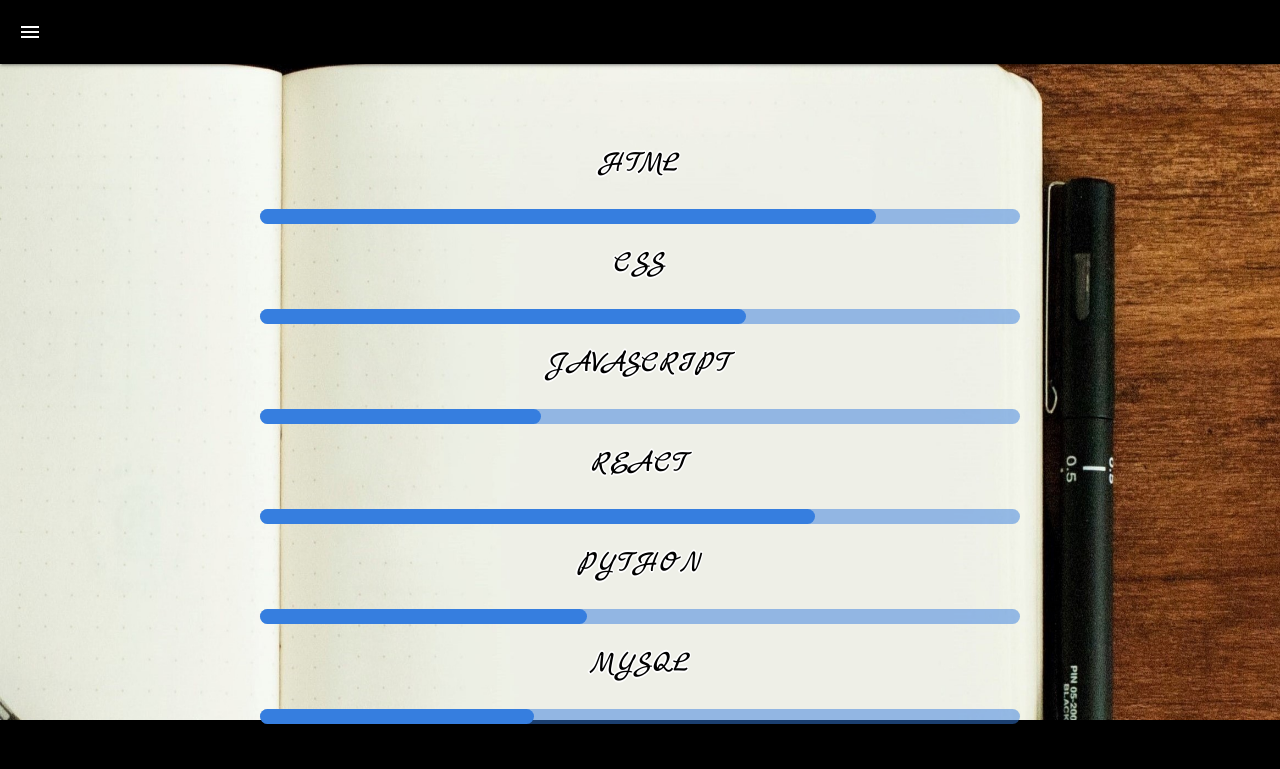
Repository: Ajtheult/portfolio.v3
Page: /skills
An editor plug-in stored every save of this project. The page is shown before and after the next save, followed by the edit.
The browser window is 1280 px wide. The pictures show the whole page.
Some web fonts or font styles are not loaded; a fallback is used. The project was rebuilt for these pictures with package versions that can differ from the ones it lists, and the page was loaded fresh each time. Also part of the build but not shown: src/components/layout/pages/Home.js, src/components/layout/pages/MyWork.js, src/components/layout/pages/Testimonials.js.

Above is the page before, as saved 2020-07-19 22:03:22.

### public/index.html
<!DOCTYPE html>
<html lang="en">
  <head>
    <meta charset="utf-8" />
    <link rel="icon" href="%PUBLIC_URL%/favicon.ico" />
    <meta name="viewport" content="width=device-width, initial-scale=1" />
    <meta name="theme-color" content="#000000" />
    <meta
      name="description"
      content="Web site created using create-react-app"
    />

    <link rel="manifest" href="%PUBLIC_URL%/manifest.json" />
    <link
      href="https://fonts.googleapis.com/css2?family=Marck+Script&display=swap"
      rel="stylesheet"
    />
    <link
      href="https://fonts.googleapis.com/css2?family=Gruppo&display=swap"
      rel="stylesheet"
    />
    <link rel="manifest" href="%PUBLIC_URL%/manifest.json" />

    <link
      rel="stylesheet"
      href="https://fonts.googleapis.com/icon?family=Material+Icons"
    />

    <link
      rel="stylesheet"
      href="https://use.fontawesome.com/releases/v5.7.2/css/all.css"
      integrity="sha384-fnmOCqbTlWIlj8LyTjo7mOUStjsKC4pOpQbqyi7RrhN7udi9RwhKkMHpvLbHG9Sr"
      crossorigin="anonymous"
    />
    <title>Asaph Franks portfolio</title>
  </head>
  <body>
    <noscript>You need to enable JavaScript to run this app.</noscript>
    <div id="root"></div>
  </body>
</html>

### src/index.js
import React from "react";
import ReactDOM from "react-dom";
import App from "./App";
import "materialize-css/dist/css/materialize.min.css";

ReactDOM.render(
  <React.StrictMode>
    <App />
  </React.StrictMode>,
  document.getElementById("root")
);

### src/App.js
import React from "react";

import { Home } from "./components/layout/pages/Home";
import { Skills } from "./components/layout/pages/Skills";
import { MyWork } from "./components/layout/pages/MyWork";
import { Testimonials } from "./components/layout/pages/Testimonials";
import Navbar from "./components/layout/navbar/Navbar";

import { BrowserRouter as Router, Route, Switch } from "react-router-dom";
import "./App.css";

function App() {
  return (
    <Router>
      <div className="App">
        <Navbar />

        <Switch>
          <Route exact path="/portfolio-v3" component={Home} />
          <Route path="/skills" component={Skills} />
          <Route path="/mywork" component={MyWork} />
          <Route path="/testimonials" component={Testimonials} />
        </Switch>
      </div>
    </Router>
  );
}

export default App;

### src/components/layout/pages/Skills.js
import React from "react";
import "../../../App.css";
import background4 from "../resources/background4.jpg";

export const Skills = () => {
  return (
    <div>
      <div className="bg-color">
        <img src={background4} className="bg" alt="bg" />
      </div>
      <div class="container_properties">
        <ul>
          <li className="html skills_li skills_text">HTML</li>
          <li className="css skills_li skills_text">CSS</li>
          <li className="js skills_li skills_text">JavaScript</li>
          <li className="react skills_li skills_text">React</li>
          <li className="py skills_li skills_text">Python</li>
          <li className="sql skills_li skills_text">mySQL</li>
        </ul>
      </div>
    </div>
  );
};

### src/components/layout/navbar/Navbar.js
/* eslint-disable no-unused-vars */
import React, { Component } from "react";
import M from "materialize-css/dist/js/materialize.min.js";
import me from "./me.jpg";
import music from "./music.jpg";
import "../../../App.css";
import { Link } from "react-router-dom";

export class Navbar extends Component {
  componentDidMount() {
    document.addEventListener("DOMContentLoaded", function () {
      var elems = document.querySelectorAll(".sidenav");
      var instances = M.Sidenav.init(elems, {});
    });
  }

  render() {
    return (
      <div>
        <nav>
          <div className="nav-wrapper colour">
            <a
              href="#home"
              data-target="slide-out"
              className="sidenav-trigger show-on-large"
            >
              <i className="material-icons">menu</i>
            </a>
          </div>
        </nav>

        <ul id="slide-out" className="sidenav">
          <li>
            <div className="user-view">
              <div className="background">
                <img className="background_img" src={music} alt="img" />
              </div>

              <img className="circle" src={me} alt="img of me" />

              <span className="black-text name move_me">Asaph Franks</span>

              <span className="black-text email  move_me">
                Asaphfranksboi@gmail.com
              </span>
            </div>
            {/* Change font so that the name can be better read */}
          </li>
          <Link to="/portfolio-v3">
            <br />
            <li className="colour_of_nav">Home</li>
          </Link>{" "}
          <br />
          <Link to="/skills">
            <li className="colour_of_nav">Skills</li>
          </Link>
          <br />
          <Link to="/mywork">
            <li className="colour_of_nav">Work</li>
          </Link>
          <br />
          <Link to="/testimonials">
            <li className="colour_of_nav">Testimonials</li>
          </Link>
        </ul>
      </div>
    );
  }
}

export default Navbar;

### src/App.css
.App {
  text-align: center;
}

body {
  background-color: black;
  color: white;
}
.background_img {
  width: 100%;
  height: 100%;
}

.move_me {
  text-align: left;
}

.colour {
  background-color: black;
}

img.bg {
  /* Set rules to fill background */
  min-height: 100%;
  min-width: 1024px;

  /* Set up proportionate scaling */
  width: 100%;
  height: auto;

  /* Set up positioning */
  position: fixed;
  top: 0;
  left: 0;
  z-index: -1;
}

div.admin-bg {
  /* Set up positioning */
  position: fixed;
  top: 0;
  left: 0;
  z-index: -1;
  background-color: black;
}

@media screen and (max-width: 1024px) {
  /* Specific to this particular image */
  img.bg {
    left: 50%;
    margin-left: -512px; /* 50% */
  }
}

.intro_name_top {
  font-family: "Marck Script", cursive;
  font-size: 130px;
  color: black;
  text-shadow: 2px 0 0 #fff, -2px 0 0 #fff, 0 2px 0 #fff, 0 -2px 0 #fff,
    1px 1px #fff, -1px -1px 0 #fff, 1px -1px 0 #fff, -1px 1px 0 #fff;
}
.testimonial_title {
  font-family: "Marck Script", cursive;
  color: black;
  font-size: 80px;
  text-shadow: 2px 0 0 #fff, -2px 0 0 #fff, 0 2px 0 #fff, 0 -2px 0 #fff,
    1px 1px #fff, -1px -1px 0 #fff, 1px -1px 0 #fff, -1px 1px 0 #fff;
}

.intro_name_bottom {
  font-size: 60px;
  color: #000000;
  font-weight: bold;
  text-shadow: 2px 0 0 #fff, -2px 0 0 #fff, 0 2px 0 #fff, 0 -2px 0 #fff,
    1px 1px #fff, -1px -1px 0 #fff, 1px -1px 0 #fff, -1px 1px 0 #fff;
  font-family: "Gruppo", cursive;
}

.logos {
  text-align: left;
  font-size: 30px;
}

.contact-title {
  margin-top: -5px;
  font-family: "Marck Script", cursive;
  font-size: 90px;
  color: black;
  text-shadow: 2px 0 0 #fff, -2px 0 0 #fff, 0 2px 0 #fff, 0 -2px 0 #fff,
    1px 1px #fff, -1px -1px 0 #fff, 1px -1px 0 #fff, -1px 1px 0 #fff;
}

.about-title {
  margin-top: 1px;
  font-family: "Marck Script", cursive;
  font-size: 80px;
  color: black;
  text-shadow: 2px 0 0 #fff, -2px 0 0 #fff, 0 2px 0 #fff, 0 -2px 0 #fff,
    1px 1px #fff, -1px -1px 0 #fff, 1px -1px 0 #fff, -1px 1px 0 #fff;
}

.student_bio {
  margin-top: 2%;
  font-size: 23px;
}

.big_frontend {
  font-size: 40px;
  font-family: "Gruppo", cursive;
}

.move_the_name {
  margin-top: -12px;
  font-size: 20px;
  font-weight: bold;
}

.enlarge_paragraph {
  font-size: 22px;
  font-family: "Times New Roman", Times, serif;
}

.my_info {
  font-size: 30px;
  text-align: left;
  font-family: "Gruppo", cursive;
}

.my_info_2 {
  font-size: 20px;
  text-align: left;
  line-height: 8px;
  font-family: "Times New Roman", Times, serif;
}

.my_info_3 {
  font-size: 25px;
  text-align: left;
  line-height: 8px;
  font-family: "Times New Roman", Times, serif;
}

.black_text {
  color: black;
}

.passion_heading {
  text-align: center;
  font-family: "Marck Script", cursive;
  font-size: 45px;
}

.passion_content {
  font-family: "Gruppo", cursive;
  font-weight: bold;
  line-height: 25px;
}

.margin_on_top {
  margin-top: 1px;
  font-size: 20px;
  font-family: "Marck Script", cursive;
  font-weight: bold;
}

.my_work_desc {
  font-size: 20px;
  font-family: "Times New Roman", Times, serif;
}

.my_work_title {
  font-family: "Gruppo", cursive;
  color: black;
  font-size: 30px;
  text-shadow: 2px 0 0 rgb(0, 0, 0), -2px 0 0 rgb(0, 0, 0), 0 2px 0 #fff,
    0 -2px 0 #fff, 1px 1px #fff, -1px -1px 0 #fff, 1px -1px 0 #fff,
    -1px 1px 0 #fff;
}

.link-size {
  font-size: 40px;
  margin-top: -40px;
  padding: 1%;
  text-align: left;
  margin-left: 60px;
  font-family: "Gruppo", cursive;
  color: blue;
}

.button_margin {
  margin-top: 5px;
}

.work_title {
  font-family: "Marck Script", cursive;
  color: black;
  font-size: 50px;
  text-shadow: 2px 0 0 #fff, -2px 0 0 #fff, 0 2px 0 #fff, 0 -2px 0 #fff,
    1px 1px #fff, -1px -1px 0 #fff, 1px -1px 0 #fff, -1px 1px 0 #fff;
}

.colour_of_nav {
  color: black;
  margin-top: -30px;
}

.style_for_landingpage {
  margin-left: 15.5%;
  margin-top: 6%;
  position: absolute;
  padding: 50px;
  width: 70%;
  transform: "translate(-50%, -50%)";
}

.skills_li {
  position: relative;
  list-style: none;
  margin: 50px 0;
  font-weight: 500;
  text-transform: uppercase;
}

.skills_li:before {
  content: "";
  position: absolute;
  top: calc(100% + 10px);
  left: 0;
  width: 100%;
  height: 15px;
  background-color: rgba(54, 126, 223, 0.5);
  border-radius: 1000px;
}

.skills_li:after {
  content: "";
  position: absolute;
  top: calc(100% + 10px);
  left: 0;
  width: 0;
  height: 15px;
  background-color: rgba(54, 126, 223, 1);
  border-radius: 1000px;
  animation-duration: 0.7s;
  animation-timing-function: ease;
  animation-fill-mode: forwards;
}

.html:after {
  animation-name: html;
}

@keyframes html {
  to {
    width: 81%;
  }
}

.css:after {
  animation-name: css;
}

@keyframes css {
  to {
    width: 64%;
  }
}

.js:after {
  animation-name: js;
}

@keyframes js {
  to {
    width: 37%;
  }
}

.py:after {
  animation-name: py;
}

@keyframes py {
  to {
    width: 43%;
  }
}

.sql:after {
  animation-name: sql;
}

@keyframes sql {
  to {
    width: 36%;
  }
}

.react:after {
  animation-name: react;
}

@keyframes react {
  to {
    width: 73%;
  }
}

.skills_text {
  font-family: "Marck Script", cursive;
  color: black;
  font-size: 30px;
  text-shadow: 1px 0 0 #fff, -2px 0 0 #fff, 0 2px 0 #fff, 0 -2px 0 #fff,
    1px 1px #fff, -1px -1px 0 #fff, 1px -1px 0 #fff, -1px 1px 0 #fff;
  margin-top: -20px;
}

.container_properties {
  width: 800px;
  margin: 50px auto 0;
  padding: 20px;
  line-height: 70px;
}

After the next save:
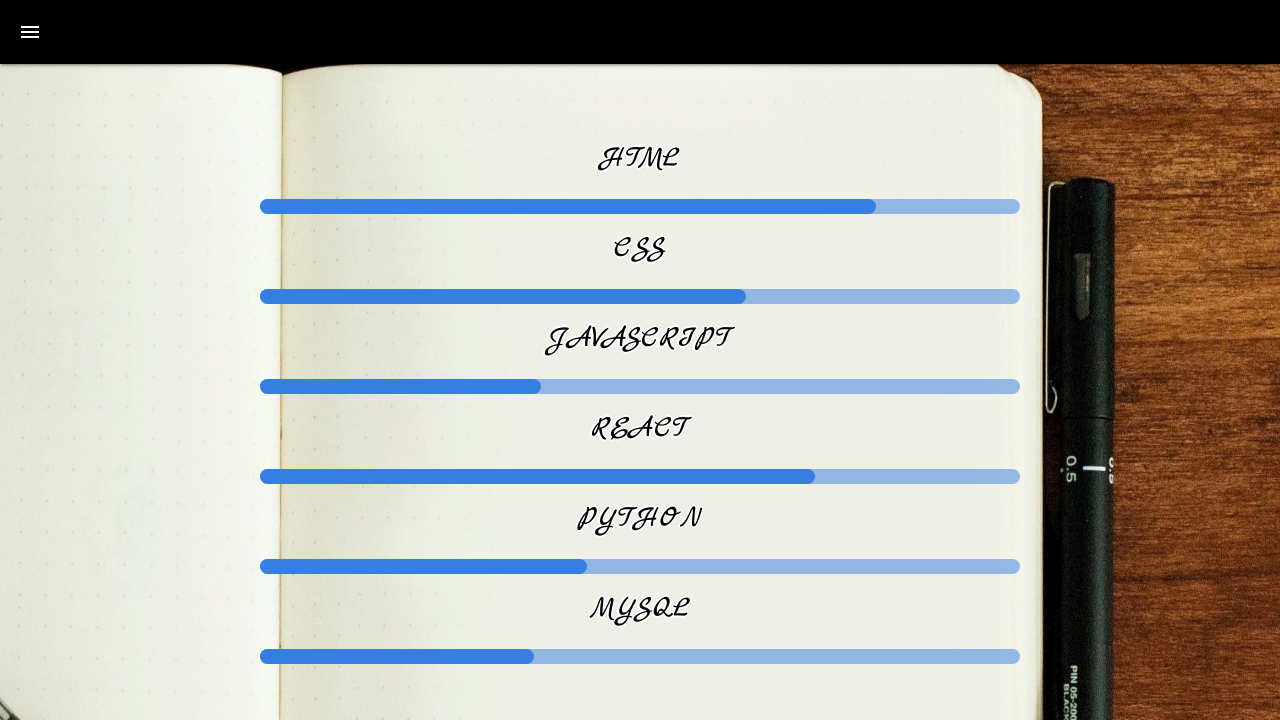
Saved 6 s later.
--- a/src/App.css
+++ b/src/App.css
@@ -319,5 +319,5 @@ div.admin-bg {
   width: 800px;
   margin: 50px auto 0;
   padding: 20px;
-  line-height: 70px;
-}
+  line-height: 60px;
+}
